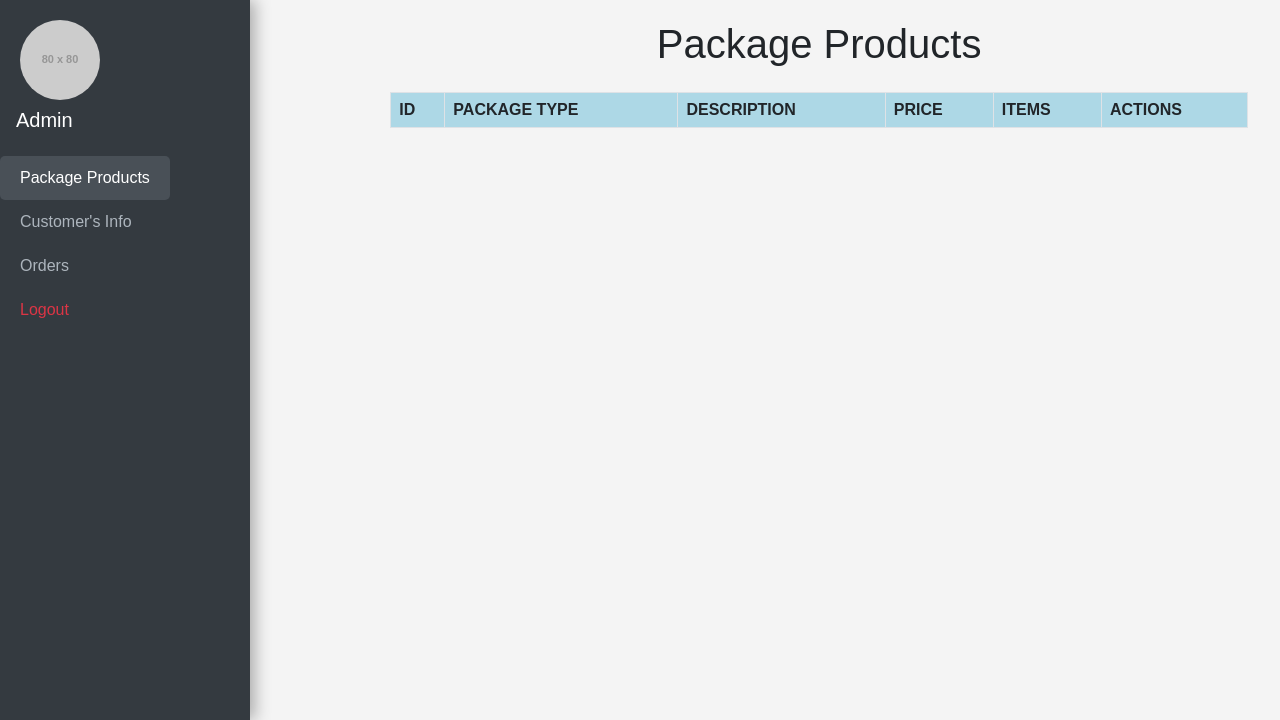
Repository: banbanny/kuyacards_catering
Page: http://localhost/staff_index.php
An editor plug-in stored every save of this project. The page is shown before and after the next save, followed by the edit.
The browser window is 1280 px wide. The pictures show the whole page.
The page is run by PHP 8.4 with error messages shown; the project is at /var/www/html/. Queries for data that is not in the repository find no rows.

Above is the page before, as saved 2024-12-02 05:39:59.

### staff_index.php
staff_index (lol)

<?php
    include("php/catering_db.php");

    // Prepare and execute the query to fetch customer details
    $stmt = $db->prepare("SELECT id, email, full_name, address, contact_number, role FROM users");
    $stmt->execute();

    // Fetch all customer data
    $customer_results = $stmt->fetchAll(PDO::FETCH_ASSOC);

    $stmt1 = $db->prepare("SELECT * FROM packages");
    $stmt1->execute();
    $package_results = $stmt1->fetchAll(PDO::FETCH_ASSOC);
?>

<!DOCTYPE html>
<html lang="en">
  <head>
    <meta charset="UTF-8" />
    <meta http-equiv="X-UA-Compatible" content="IE=edge" />
    <meta name="viewport" content="width=device-width, initial-scale=1.0" />
    <link
      href="https://cdn.jsdelivr.net/npm/bootstrap@5.2.3/dist/css/bootstrap.min.css"
      rel="stylesheet"
      crossorigin="anonymous"
    />
    <link rel="stylesheet" href="style.css" />
    <title>Kuya Card's Catering</title>
    <style>
      body {
        display: flex;
        height: 100vh;
        margin: 0;
        overflow: hidden;
        background-color: #f4f4f4;
      }

      .sidebar {
        width: 250px;
        background-color: #343a40;
        color: #fff;
        display: flex;
        flex-direction: column;
        align-items: flex-start;
        padding-top: 20px;
        position: fixed;
        height: 100%;
        box-shadow: 2px 0 5px rgba(0, 0, 0, 0.2);
        transition: all 0.3s ease;
      }

      .sidebar:hover {
        box-shadow: 5px 0 15px rgba(0, 0, 0, 0.3);
      }

      .profile-image img {
        width: 80px;
        height: 80px;
        object-fit: cover;
        margin-left: 20px;
      }

      .sidebar-nav .nav-link {
        color: #adb5bd;
        padding: 10px 20px;
        font-size: 16px;
        text-align: left;
        width: 100%;
        border-radius: 5px;
        transition: all 0.2s ease;
      }

      .sidebar-nav .nav-link.active,
      .sidebar-nav .nav-link:hover {
        background-color: #495057;
        color: #fff;
      }

      .main-content {
        margin-left: 250px;
        padding: 20px;
        flex: 1;
        overflow-y: auto;
      }

      .content-page {
        display: none;
      }

      .content-page.active {
        display: block;
      }

      /* Style for table headers */
      table thead th {
        background-color: lightblue !important;
      }



    </style>
  </head>
  <body>
    <div class="sidebar">
      <div class="profile-section text-start">
        <div class="profile-image">
          <img
            src="https://via.placeholder.com/80"
            alt="Profile"
            class="rounded-circle"
          />
        </div>
        <h5 class="text-white mt-2 ms-3">Admin</h5>
      </div>
      <nav class="nav flex-column sidebar-nav mt-3">
        <a href="#package" class="nav-link active" data-page="package">Package Products</a>
        <a href="#customers" class="nav-link" data-page="customers">Customer's Info</a>
        <a href="#orders" class="nav-link" data-page="orders">Orders</a>
        <a href="#logout" class="nav-link text-danger" data-page="logout">Logout</a>
      </nav>
    </div>
    <div class="main-content">
      <div id="package" class="content-page active">
        <h1 class="text-center mb-4">Package Products</h1>
        <div class="container">
          <table class="table table-bordered table-striped">
            <thead>
              <tr>
                <th>ID</th>
                <th>PACKAGE TYPE</th>
                <th>DESCRIPTION</th>
                <th>PRICE</th>
                <th>ITEMS</th>
                <th>ACTIONS</th>
              </tr>
            </thead>
            <tbody>
            <?php
          // Iterate through the customer results and display in table rows
          foreach ($package_results as $package) {
            echo '<tr>
                    <td>'.$package['id']. '</td>
                    <td>' .$package['package_name']. '</td>
                    <td>' .$package['description']. '</td>
                    <td>' .$package['price']. '</td>
                    <td>' .$package['items']. '</td>
                    <td>
                    <a href="delete_customer.php?delete_id='.$package['id'].'" class="btn btn-danger btn-sm" onclick="return confirm(\'Are you sure you want to update this package?\')">Update</a>
                    <a href="delete_customer.php?delete_id='.$package['id'].'" class="btn btn-danger btn-sm" onclick="return confirm(\'Are you sure you want to delete this package?\')">Delete</a>
                  </td>
                  </tr>';
          }
        ?>
            </tbody>
          </table>
        </div>
      </div>
<div id="customers" class="content-page">
  <div class="container mt-3">
    <h1 class="text-center mb-4">Customer's Info</h1>
    <table class="table table-bordered table-striped">
      <thead>
        <tr>
          <th>CUSTOMER ID</th>
          <th>EMAIL ADDRESS</th>
          <th>FULL NAME</th>
          <th>ADDRESS</th>
          <th>CONTACT NUMBER</th>
          <th>ROLE</th>
          <th>ACTIONS</th>
        </tr>
      </thead>
      <tbody>
        <?php
          // Iterate through the customer results and display in table rows
          foreach ($customer_results as $customer) {
            echo '<tr>
                    <td>'.$customer['id']. '</td>
                    <td>' .$customer['email']. '</td>
                    <td>' .$customer['full_name']. '</td>
                    <td>' .$customer['address']. '</td>
                    <td>' .$customer['contact_number']. '</td>
                    <td>' .$customer['role'] . '</td>
                    <td>
                    <a href="delete_customer.php?delete_id='.$customer['id'].'" class="btn btn-danger btn-sm" onclick="return confirm(\'Are you sure you want to delete this customer?\')">Delete</a>
                  </td>
                  </tr>';
          }
        ?>
      </tbody>
    </table>
  </div>
</div>

      <div id="orders" class="content-page">
  <h1 class="text-center mb-4">Orders</h1>

  <!-- Staff Table -->
  <div class="container mt-3">
  <table class="table table-bordered table-striped">
            <thead>
              <tr>
                <th>ORDER ID</th>
                <th>CUSTOMER ID</th>
                <th>TOTAL AMOUNT</th>
                <th>DATE</th>
                <th>TIME</th>
                <th>STATUS</th>
                <th>PAYMENT METHOD</th>
                <th>DELIVERY ADDRESS</h>
              </tr>
            </thead>
            <tbody>
        <tr>
          <td>1</td>
          <td>Crissalyn Casuyon</td>
          <td>Admin</td>
          <td>099284724329</td>
        </tr>
      </tbody>
    </table>
  </div>

      <div id="logout" class="content-page">
        <h1>Logout</h1>
        <p>You have successfully logged out.</p>
      </div>
    </div>

    <!-- Edit Modal -->
    <div class="modal fade" id="editModal" tabindex="-1" aria-hidden="true">
      <div class="modal-dialog">
        <div class="modal-content">
          <div class="modal-header">
            <h5 class="modal-title">Edit Package</h5>
            <button type="button" class="btn-close" data-bs-dismiss="modal" aria-label="Close"></button>
          </div>
          <div class="modal-body">
            <form id="editForm">
              <div class="mb-3">
                <label for="editId" class="form-label">ID</label>
                <input type="text" class="form-control" id="editId" readonly />
              </div>
              <div class="mb-3">
                <label for="editType" class="form-label">Package Type</label>
                <input type="text" class="form-control" id="editType" />
              </div>
              <div class="mb-3">
                <label for="editDescription" class="form-label">Description</label>
                <input type="text" class="form-control" id="editDescription" />
              </div>
              <div class="mb-3">
                <label for="editPrice" class="form-label">Price</label>
                <input type="text" class="form-control" id="editPrice" />
              </div>
              <div class="mb-3">
                <label for="editQuantity" class="form-label">Quantity</label>
                <input type="text" class="form-control" id="editQuantity" />
              </div>
            </form>
          </div>
          <div class="modal-footer">
            <button type="button" class="btn btn-secondary" data-bs-dismiss="modal">Close</button>
            <button type="button" class="btn btn-primary" id="saveChanges">Save changes</button>
          </div>
        </div>
      </div>
    </div>

    <script>
      document.querySelectorAll('.sidebar-nav .nav-link').forEach((link) => {
        link.addEventListener('click', (e) => {
          e.preventDefault();

          // Remove active class from all links
          document
            .querySelectorAll('.sidebar-nav .nav-link')
            .forEach((navLink) => navLink.classList.remove('active'));

          // Add active class to the clicked link
          link.classList.add('active');

          // Show the corresponding content page
          const pageId = link.getAttribute('data-page');
          document.querySelectorAll('.content-page').forEach((page) => {
            page.classList.remove('active');
          });
          document.getElementById(pageId).classList.add('active');
        });
      });
    </script>
  </body>
</html>

### php/catering_db.php

<?php

$db_user = "root";
$db_pass = "";
$db_name = "catering_db";

try {
    $db = new PDO('mysql:host=127.0.0.1;dbname=' . $db_name . ';charset=utf8mb4', $db_user, $db_pass);
    $db->setAttribute(PDO::ATTR_ERRMODE, PDO::ERRMODE_EXCEPTION);
} catch (PDOException $e) {
    die('Database connection failed: ' . $e->getMessage());
}

### style.css
* {
    padding: 0;
    margin: 0;
    box-sizing: border-box;
  }

  body {
    font-family: "Poppins", sans-serif;
    background: #7fb3d5;
  }

  .container {
    max-width: 100vw;
    margin: 0 auto;
  }

  #header {
    background: white;
    box-shadow: 1px 1px 4px 0 rgba(0, 0, 0, 0.1);
    position: fixed;
    top: 0;
    left: 0;
    right: 0;
    z-index: 3;
  }

  #header-img {
    margin-left: 20px;
    float: left;
    height: 80px;
  }

  nav ul {
    overflow: hidden;
    clear: both;
    margin: 0;
    padding: 0;
    max-height: 0;
    transition: max-height 0.2s ease-out;
  }

  nav ul li {
    list-style: none;
  }

  nav ul li a {
    display: block;
    font-size: 1.15;
    text-decoration: none;
    color: black;
    padding: 10px;
  }

  /* menu icon */

  .menu {
    margin-left: 15px;
  }

  #header .menu-icon {
    cursor: pointer;
    padding: 28px 20px;
    user-select: none;
    float: right;
  }

  #header .menu-icon .nav-icon {
    background: #333;
    display: block;
    height: 3px;
    position: relative;
    top: 10px;
    transition: background 0.2s ease-out;
    width: 30px;
  }

  #header .menu-icon .nav-icon:before,
  #header .menu-icon .nav-icon:after {
    background: #333;
    content: "";
    display: block;
    height: 100%;
    position: absolute;
    transition: all 0.2s ease-out;
    width: 100%;
  }

  #header .menu-icon .nav-icon:before {
    top: 6px;
  }

  #header .menu-icon .nav-icon:after {
    top: -6px;
  }

  /* menu btn */

  #header .menu-btn {
    display: none;
  }

  #header .menu-btn:checked ~ .menu {
    max-height: 240px;
  }

  #header .menu-btn:checked ~ .menu-icon .nav-icon {
    background: transparent;
  }

  #header .menu-btn:checked ~ .menu-icon .nav-icon:before {
    transform: rotate(-45deg);
    top: 0;
  }

  #header .menu-btn:checked ~ .menu-icon .nav-icon:after {
    transform: rotate(45deg);
    top: 0;
  }

  main {
    display: flex;
    flex-flow: column-reverse;
    color: white;
    width: 100%;
    margin: 0;
    padding-top: 100px;
  }

  .hero {
    text-align: center;
    margin-top: 50px;
  }

  .hero-title-primary {
    font-family: "Poppins", sans-serif;
    font-weight: 700;
    font-size: 10vmin;
    line-height: 58px;
  }

  .hero-title-sub {
    margin: 0.2em 0 1em 0;
    font-family: "Poppins", sans-serif;
    font-weight: 300;
    font-size: 4.6vmin;
  }

  button {
    margin-top: 20px;
    margin-bottom: 50px;
    font-family: "Poppins", sans-serif;
    background-color: #fff;
    color: black;
    border: none;
    border-radius: 5px;
    padding: 15px 30px;
    text-align: center;
    text-decoration: none;
    font-size: 25px;
  }

  button:hover {
    background-color: black;
    color: white;
  }

  figure {
    text-align: center;
  }

  figure svg {
    margin: 3em auto 0;
    width: 80vw;
  }

  .waves {
    position: relative;
    width: 100%;
    height: 15vh;
    margin-bottom: -7px; /*Fix for safari gap*/
    min-height: 100px;
    max-height: 150px;
  }

  .video-content {
    padding-top: 80px;
    display: flex;
    align-content: center;
    flex-direction: column;
    text-align: center;
    flex-wrap: wrap;
    color: red;
    background-color: white;
  }

  .video-title {
    font-size: 35px;
  }

  .video-subtitle {
    margin-top: -10px;
    color: #912375;
    margin-bottom: 20px;
  }

  iframe {
    height: 50vw;
    width: 91vw;
  }

  .three-dots {
    text-align: center;
  }

  .three-dots span {
    width: 15px;
    height: 15px;
    border-radius: 50%;
    background: red;
    display: inline-block;
    margin: 30px 5px;
  }

  .content {
    padding: 10px 38px 10px 38px;
    background: white;
  }

  .inner-content {
    padding-top: 50px;
  }

  .inner-content-text {
    padding-right: 0.78125rem;
    padding-left: 0.78125rem;
    padding-bottom: 40px;
  }

  .inter-content-subtitle {
    position: relative;
    display: inline-block;
    padding-left: 40px;
    font-family: "Poppins", sans-serif;
    font-size: 0.875rem;
    font-style: normal;
    font-weight: 700;
    line-height: 1;
    text-transform: uppercase;
    letter-spacing: 0.10938rem;
    color: #828282;
  }

  .inter-content-subtitle::before {
    position: absolute;
    top: 5px;
    left: 0;
    display: block;
    width: 25px;
    height: 5px;
    content: "";
    background-color: red;
    opacity: 0.7;
  }

  .inner-content-title {
    margin-top: 25px;
    margin-right: 60px;
    font-size: 2.125rem;
    font-weight: 700;
    color: red;
  }

  .inner-content-para {
    margin-top: 25px;
    margin-right: 60px;
    font-size: 1rem;
    line-height: 1.875rem;
    letter-spacing: 0.04375rem;
    font-style: normal;
    font-weight: 400;
    color: #4c4c4c;
  }

  .inner-image-container {
    position: relative;
    padding-right: 0.78125rem;
    padding-left: 0.78125rem;
    flex: 0 0 100%;
    max-width: 100%;
    height: auto;
  }

  .inner-content-image {
    position: relative;
    height: 350px;
  }

  .section-images {
    position: absolute;
    left: 0;
    width: 100%;
    height: 100%;
    object-fit: cover;
  }

  .pricing-container {
    padding: 150px 38px 10px 38px;
    background: white;
    display: flex;
    flex-direction: column;
  }

  .pricing-title {
    margin-bottom: 50px;
    font-size: 23px;
    color: black;
    align-self: center;
  }

  .pricing-title > h2 {
    font-weight: 600;
  }

  .flex-container {
    max-width: 80vw;
    margin: 0 auto;
    display: flex;
    padding: 1em;
  }

  .flex-item {
    flex: 1;
    width: 250px;
    border: 1px solid rgba(0, 0, 0, 0.05);
    border-radius: 8px;
  }

  .flex-item:not(:last-child) {
    margin-right: 2em;
  }

  .package {
    list-style-type: none;
    margin: 0;
    padding: 0;
    transition: 0.25s;
    display: flex;
    flex-direction: column;
  }

  .package:hover {
    box-shadow: 0 8px 12px 0 rgba(0, 0, 0, 0.2);
    transform: scale(1.025);
  }

  .package .header {
    color: black;
    border-bottom: 5px red solid;
    font-size: 1.6em;
    font-weight: 600;
  }

  .package li {
    color: rgba(55, 53, 47, 0.6);
    background-color: #fff;
    padding: 1.2em;
  }

  li.features:before {
    content: "✓";
    padding-right: 5px;
  }

  li.features {
    text-align: left;
    padding: 10px;
  }

  li.first-feat {
    margin-top: 30px;
  }

  .package .gray {
    background-color: #f7f7f7;
    color: black;
    font-weight: 600;
    font-size: 40px;
    padding: 0.8em;
    line-height: 80%;
  }

  .dolla {
    top: -0.2em;
    font-size: 75%;
    line-height: 0;
    position: relative;
    vertical-align: initial;
  }

  .month {
    font-size: 16px;
    font-weight: normal;
  }

  .pricing-button {
    background-color: white;
    border: 1px solid rgb(139, 201, 24);
    border-radius: 2em;
    color: rgb(169, 209, 26);
    cursor: pointer;
    padding: 0.75em 1.5em;
    font-size: 1em;
  }

  .subscribe-container {
    padding-top: 80px;
    padding-bottom: 80px;
    background: white;
    display: flex;
    align-items: center;
    flex-direction: column;
  }

  #form {
    display: flex;
    flex-direction: row;
  }

  #email {
    width: 250px;
    height: 40px;
    border-radius: 5px 0 0 5px;
    outline: none;
    border: 1px solid red;
    text-decoration: none;
  }

  #submit {
    width: 100px;
    height: 40px;
    border: none;
    background: red;
    color: white;
    font-family: "Poppins", sans-serif;
    border-radius: 0 5px 5px 0;
    font-weight: 500;
    font-size: 16px;
    text-decoration: none;
  }

  input[type="email"] {
    padding-left: 10px;
  }

  .hero-newsletter {
    margin-bottom: 20px;
  }

  @media only screen and (max-width: 984px) {
    .flex-container {
      flex-wrap: wrap;
    }

    .flex-item {
      flex: 0 0 100%;
      margin-bottom: 1em;
      width: 100%;
    }

    .package:hover {
      box-shadow: none;
      transform: none;
    }

    .pricing-button {
      padding: 0.75em 1.5em;
    }
  }

  /* Animation */

  .parallax > use {
    animation: move-forever 25s cubic-bezier(0.55, 0.5, 0.45, 0.5) infinite;
  }
  .parallax > use:nth-child(1) {
    animation-delay: -2s;
    animation-duration: 7s;
  }
  .parallax > use:nth-child(2) {
    animation-delay: -3s;
    animation-duration: 10s;
  }
  .parallax > use:nth-child(3) {
    animation-delay: -4s;
    animation-duration: 13s;
  }
  .parallax > use:nth-child(4) {
    animation-delay: -5s;
    animation-duration: 20s;
  }
  @keyframes move-forever {
    0% {
      transform: translate3d(-90px, 0, 0);
    }
    100% {
      transform: translate3d(85px, 0, 0);
    }
  }

  @media screen and (min-width: 820px) {
    .container {
      max-width: 80vw;
    }

    .menu-container {
      max-width: 100vw;
    }

    header {
      display: flex;
      justify-content: space-around;
      flex-direction: row;
      flex-flow: wrap;
    }

    #header {
      background: white;
    }

    #header-img {
      margin-left: -100px;
    }

    .menu {
      margin-top: 20px;
    }

    nav {
      margin-right: -100px;
    }

    nav ul {
      margin: 0;
      padding: 0;
      display: flex;
      flex-direction: row;
    }

    nav ul li {
      float: left;
      list-style: none;
      padding: 0.5em 1em;
    }
    nav ul li a {
      font-size: 1em;
      text-decoration: none;
      color: #333;
      padding: 0;
    }

    #header .menu {
      clear: none;
      float: right;
      max-height: none;
    }
    #header .menu-icon {
      display: none;
    }

    .highlight {
      border: 1px solid #333;
      border-radius: 20px;
    }

    .highlight:hover,
    .special:hover {
      background: black;
      color: white;
      border-bottom: none;
    }

    main {
      flex-flow: row;
    }

    .hero {
      margin-top: 150px;
      text-align: left;
    }

    .hero h1 {
      font-size: 4em;
      line-height: 55px;
    }

    .hero p {
      font-size: 1.3em;
      margin: 0.5em 0 1em 0;
      padding: 0;
    }

    figure svg {
      width: 500px;
      margin: 0;
    }

    iframe {
      height: 30vw;
      width: 55vw;
    }

    .content {
      padding: 0 68px 0 68px;
      background: white;
    }

    .container__ImageRight {
      order: 2;
      margin-left: 8.33333%;
    }

    .content__ImageRight {
      left: 0;
    }

    .container__ImageLeft {
      order: 1;
    }

    .content__ImageLeft {
      right: 0;
    }

    .content__TextLeft {
      order: 1;
    }

    .content__TextRight {
      margin-left: 8.33333%;
      order: 2;
    }

    .inner-content {
      max-width: 80vw;
      padding-top: 100px;
      margin-right: auto;
      margin-left: auto;
      display: flex;
      flex-flow: row wrap;
    }

    .inner-content-text {
      padding-right: 0.9375rem;
      padding-left: 0.9375rem;
      flex: 0 0 41.66667%;
      max-width: 41.66667%;
      display: flex;
      min-height: 550px;
      padding-top: 60px;
      padding-bottom: 60px;
      flex-direction: column;
      justify-content: center;
    }

    .inner-content-title {
      margin-top: 25px;
      margin-right: 60px;
      font-size: 2.125rem;
      font-weight: 700;
      color: red;
    }

    .inner-content-para {
      margin-top: 25px;
      margin-right: 60px;
      font-size: 1.125rem;
      line-height: 1.875rem;
      letter-spacing: 0.04375rem;
      font-style: normal;
      font-weight: 400;
      color: #4c4c4c;
    }

    .inner-image-container {
      position: relative;
      padding-right: 0.78125rem;
      padding-left: 0.78125rem;
      flex: 0 0 50%;
      max-width: 50%;
      height: auto;
    }

    .inner-content-image {
      position: absolute;
      top: 0;
      width: calc(100% - 12.5px);
      height: 100%;
    }

    .section-images {
      width: 100%;
      height: 100%;
      object-fit: cover;
    }
  }

  @media (max-width: 768px) {
    .waves {
      height: 40px;
      min-height: 40px;
    }
    h1 {
      font-size: 24px;
    }
  }
  .product-grid {
    display: flex;
    justify-content: space-between;
    flex-wrap: wrap;
  }

  .product-item {
    width: 30%;
    background-color: #f9f9f9;
    margin-bottom: 20px;
    padding: 15px;
    border-radius: 8px;
    box-shadow: 0 2px 8px rgba(0, 0, 0, 0.1);
    text-align: center;
  }

  .product-details h5 {
    font-size: 1.25rem;
    margin-bottom: 5px;
  }

  .product-details p {
    font-size: 1rem;
    margin-bottom: 10px;
  }

  .btn-order {
    background-color: red;
    color: white;
    border: none;
    padding: 10px 20px;
    border-radius: 5px;
    cursor: pointer;
    transition: background-color 0.3s;
  }

  .btn-order:hover {
    background-color: #e14e4f;
  }

After the next save:
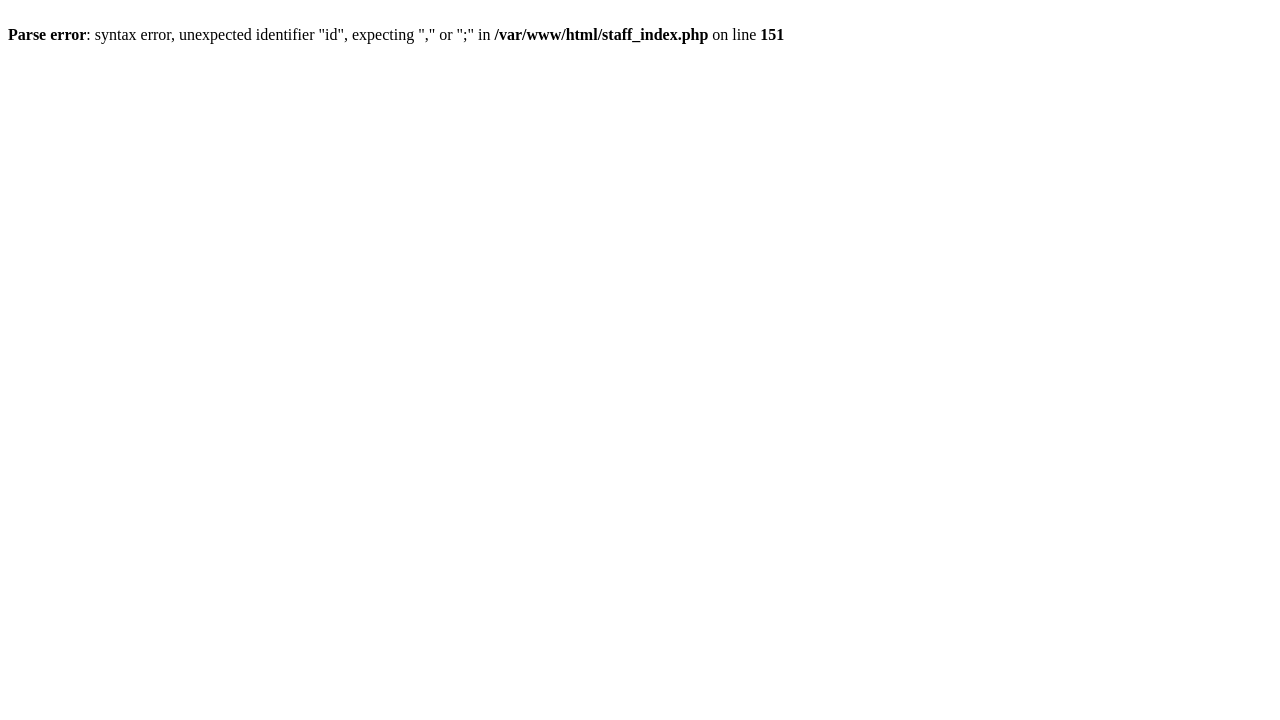
Saved 13 s later.
--- a/staff_index.php
+++ b/staff_index.php
@@ -148,7 +148,8 @@ staff_index (lol)
                     <td>' .$package['items']. '</td>
                     <td>
                     <a href="delete_customer.php?delete_id='.$package['id'].'" class="btn btn-danger btn-sm" onclick="return confirm(\'Are you sure you want to update this package?\')">Update</a>
-                    <a href="delete_customer.php?delete_id='.$package['id'].'" class="btn btn-danger btn-sm" onclick="return confirm(\'Are you sure you want to delete this package?\')">Delete</a>
+                    <a href="delete_customer.php?delete_id=<?php echo $package['id']; ?>" class="btn btn-danger btn-sm" onclick="return confirm('Are you sure you want to delete this package?')">Delete</a>
+
                   </td>
                   </tr>';
           }
